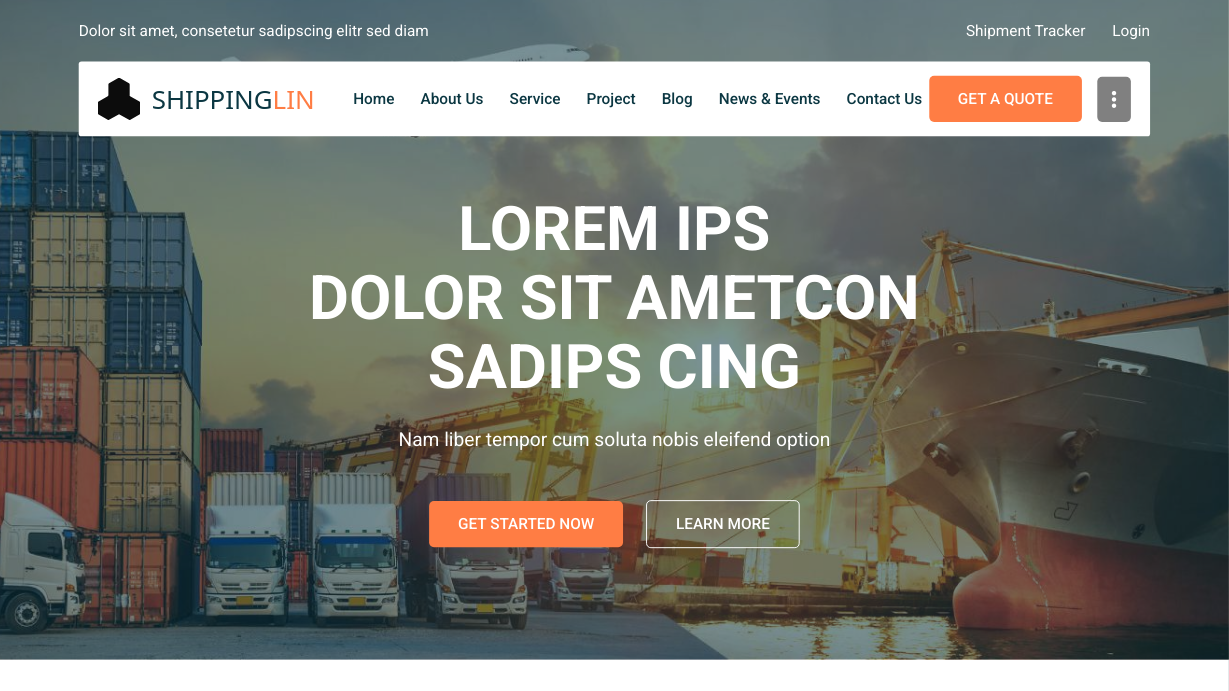
Repository: nazmulalok/shipping-template
Page: index.html
These files come from the project's save history. The page is drawn as it stood at one moment and after the next save; the edit follows.
The browser window is 1280 px wide. The pictures show the whole page, at 96% of full size.

Above is the page before, as saved 2022-10-03 16:56:08.

### index.html
<!DOCTYPE html>
<html lang="en">

    <head>
        <meta charset="UTF-8">
        <meta http-equiv="X-UA-Compatible" content="IE=edge">
        <meta name="viewport" content="width=device-width, initial-scale=1.0">
        <link rel="preconnect" href="https://fonts.googleapis.com">
        <link rel="preconnect" href="https://fonts.gstatic.com" crossorigin>
        <link
            href="https://fonts.googleapis.com/css2?family=Roboto:ital,wght@0,300;0,400;0,500;0,700;0,900;1,300;1,400;1,500;1,700;1,900&display=swap"
            rel="stylesheet">
        <link rel="stylesheet" href="https://cdnjs.cloudflare.com/ajax/libs/font-awesome/6.2.0/css/all.min.css"
            integrity="sha512-xh6O/CkQoPOWDdYTDqeRdPCVd1SpvCA9XXcUnZS2FmJNp1coAFzvtCN9BmamE+4aHK8yyUHUSCcJHgXloTyT2A=="
            crossorigin="anonymous" referrerpolicy="no-referrer" />
        <link href="https://cdn.jsdelivr.net/npm/bootstrap@5.2.1/dist/css/bootstrap.min.css" rel="stylesheet"
            integrity="sha384-iYQeCzEYFbKjA/T2uDLTpkwGzCiq6soy8tYaI1GyVh/UjpbCx/TYkiZhlZB6+fzT" crossorigin="anonymous">
        <link rel="stylesheet" href="style.css">
        <title>Document</title>
    </head>

    <body>
        <header class="header-top">
            <div class="container">
                <div class="top-bar">
                    <p class="m-0">Dolor sit amet, consetetur sadipscing elitr sed diam</p>
                    <div>
                        <span class="me-4">Shipment Tracker</span>
                        <span>Login</span>
                    </div>
                </div>
                <div class="header-area">
                    <div class="logo">
                        <img src="images/box.svg" alt="Logo Box" class="me-2">
                        <img src="images/shipping-logo.svg" alt="Shipping Logo">
                    </div>
                    <nav>
                        <ul>
                            <li><a href="#">Home</a></li>
                            <li><a href="#">About Us</a></li>
                            <li><a href="#">Service</a></li>
                            <li><a href="#">Project</a></li>
                            <li><a href="#">Blog</a></li>
                            <li><a href="#">News & Events</a></li>
                            <li><a href="#">Contact Us</a></li>
                        </ul>
                    </nav>
                    <div class="nav-btn">
                        <a class="common-btn me-3" href="#">Get A Quote</a>
                        <i class="fa-solid fa-ellipsis-vertical"></i>
                    </div>
                </div>
            </div>
        </header>
        <!-- Slider -->
        <section>
            <div class="main-slider">
                <div class="container">
                    <div class="slide-content">
                        <div class="slide-text">
                            <div class="slider-title mb-4">Lorem ips<br>
                                dolor sit ametcon<br>
                                sadips cing</div>
                            <p>Nam liber tempor cum soluta nobis eleifend option</p>
                            <div class="sliderBtn mt-5"><a class="common-btn me-4" href="#">Get Started Now</a><a
                                    class="common-btn outline-btn" href="#">Learn More</a></div>
                        </div>
                    </div>
                </div>
            </div>
        </section>














        <script src="https://cdn.jsdelivr.net/npm/@popperjs/core@2.11.6/dist/umd/popper.min.js"
            integrity="sha384-oBqDVmMz9ATKxIep9tiCxS/Z9fNfEXiDAYTujMAeBAsjFuCZSmKbSSUnQlmh/jp3"
            crossorigin="anonymous"></script>
        <script src="https://cdn.jsdelivr.net/npm/bootstrap@5.2.1/dist/js/bootstrap.min.js"
            integrity="sha384-7VPbUDkoPSGFnVtYi0QogXtr74QeVeeIs99Qfg5YCF+TidwNdjvaKZX19NZ/e6oz"
            crossorigin="anonymous"></script>
    </body>

</html>

### style.css
/* Common CSS Starts*/
* {
    margin: 0;
    padding: 0;
}

:root {
    --main-color: #FF7D44;
    --secondary-color: #0B3742;
    --tertiary-color: #FFFFFF;
}

body {
    font-family: 'Roboto', sans-serif;
}

* {
    box-sizing: border-box;
}

a.white-space {
    white-space: nowrap;
}

/* Common CSS Ends */

/* slider style starts */

.main-slider>* {
    z-index: 10;
}

.main-slider {
    background: url(images/shipping-banner.jpg);
    height: 700px;
    width: 100%;
    background-size: cover;
    background-repeat: no-repeat;
    background-position: center;
    position: relative;
    display: flex;
    align-items: center;
    transition: all 1s;
    margin-top: -155px;
    z-index: 50;
}

.main-slider:before {
    content: '';
    width: 100%;
    height: 100%;
    top: 0;
    left: 0;
    position: absolute;
    background-color: rgb(11 55 66 / 55%);
    z-index: 1;
}

.slide-content {
    text-align: center;
}

.slide-text {
    color: var(--tertiary-color);
    padding-top: 100px;
}

.slider-title {
    font-size: 4rem;
    font-weight: 600;
    line-height: 4.5rem;
    text-transform: uppercase;
}

.slide-text p {
    font-size: 20px;
}

a.common-btn {
    display: inline-block;
    text-decoration: none;
    color: var(--tertiary-color);
    background: var(--main-color);
    padding: 12px 30px;
    border-radius: 5px;
    font-size: 16px;
    font-weight: 500;
    text-transform: uppercase;
    transition: all 1s ease;
}

a.common-btn:hover {
    background: var(--tertiary-color);
    color: var(--secondary-color);
}

a.common-btn.outline-btn {
    background: transparent !important;
    border: 1px solid var(--tertiary-color);
}

a.common-btn.outline-btn:hover {
    background: var(--tertiary-color) !important;
}

/* Header style starts */

.header-top {
    z-index: 100;
    background: transparent;
    position: relative;
}

.top-bar,
.header-area {
    display: flex;
    justify-content: space-between;
    align-items: center;
    color: var(--tertiary-color);
}

.top-bar {
    padding: 20px 0px;
}

.header-area {
    background: var(--tertiary-color);
    padding: 15px 20px;
    border-radius: 3px;
}

nav ul {
    list-style-type: none;
    color: var(--secondary-color);
    display: flex;
    gap: 1.7rem;
    margin: 0;
}

nav ul a {
    color: var(--secondary-color);
    text-decoration: none;
    font-size: 16px;
    font-weight: 500;
    transition: all 0.5s;
}

nav ul a:hover {
    color: var(--main-color);
    transition: all 0.5s;
}

.nav-btn {
    align-items: center;
    display: flex;
}

.nav-btn i {
    color: var(--tertiary-color);
    font-size: 21px;
    background: gray;
    padding: 13px 15px;
    border-radius: 5px;
}

/* Headings Styles */

h1 {
    font-size: 56px;
}

h2 {
    font-size: 50px;
}

h3 {
    font-size: 44px;
}

h4 {
    font-size: 38px;
}

h5 {
    font-size: 32px;
}

h6 {
    font-size: 26px;
}

h1,
h2,
h3,
h4,
h5,
h6 {
    font-weight: 700;
    margin-bottom: 10px;
    color: var(--secondary-color);
}

/* Section Styles */

.py-50,
.common-sec {
    padding-top: 50px;
    padding-bottom: 50px;
}

.common-sec {
    position: relative;
    z-index: 0;
}

.common-sec:nth-child(even):before {
    content: "";
    position: absolute;
    width: 1000%;
    height: 100%;
    top: 50%;
    left: 50%;
    transform: translate(-50%, -50%);
    background-color: #f9f9f9;
    border-bottom: 1px solid #f6f6f6;
    z-index: -1;
}

/* Image box style */

.img-box {
    border-radius: 3px;
    transition: 0.5s;
    margin-bottom: 15px;
    text-align: center;
}

.img-box img {
    border-radius: 3px;
}

.img-box:last-child {
    margin-bottom: 0;
}

figure.img-box img+figcaption {
    margin-top: 10px;
    text-align: left;
    padding: 10px;
    border-radius: 3px;
    box-shadow: -5px 5px 20px 0 rgb(0 0 0 / 5%);
}

/* Common Box Styles */

.common-box {
    box-shadow: -5px 5px 20px 0 rgb(0 0 0 / 5%);
    height: 100%;
    background-color: #fff;
    border-radius: 3px;
}

.common-box>.img-box {
    margin-bottom: 0;
}

.common-box .common-heading:last-child,
.common-box p:last-child,
.common-box ul:last-child,
.common-box ul:last-child li:last-child,
.common-box .img-box:last-child {
    margin-bottom: 0;
}

.common-box>.content {
    padding: 10px;
}

After the next save:
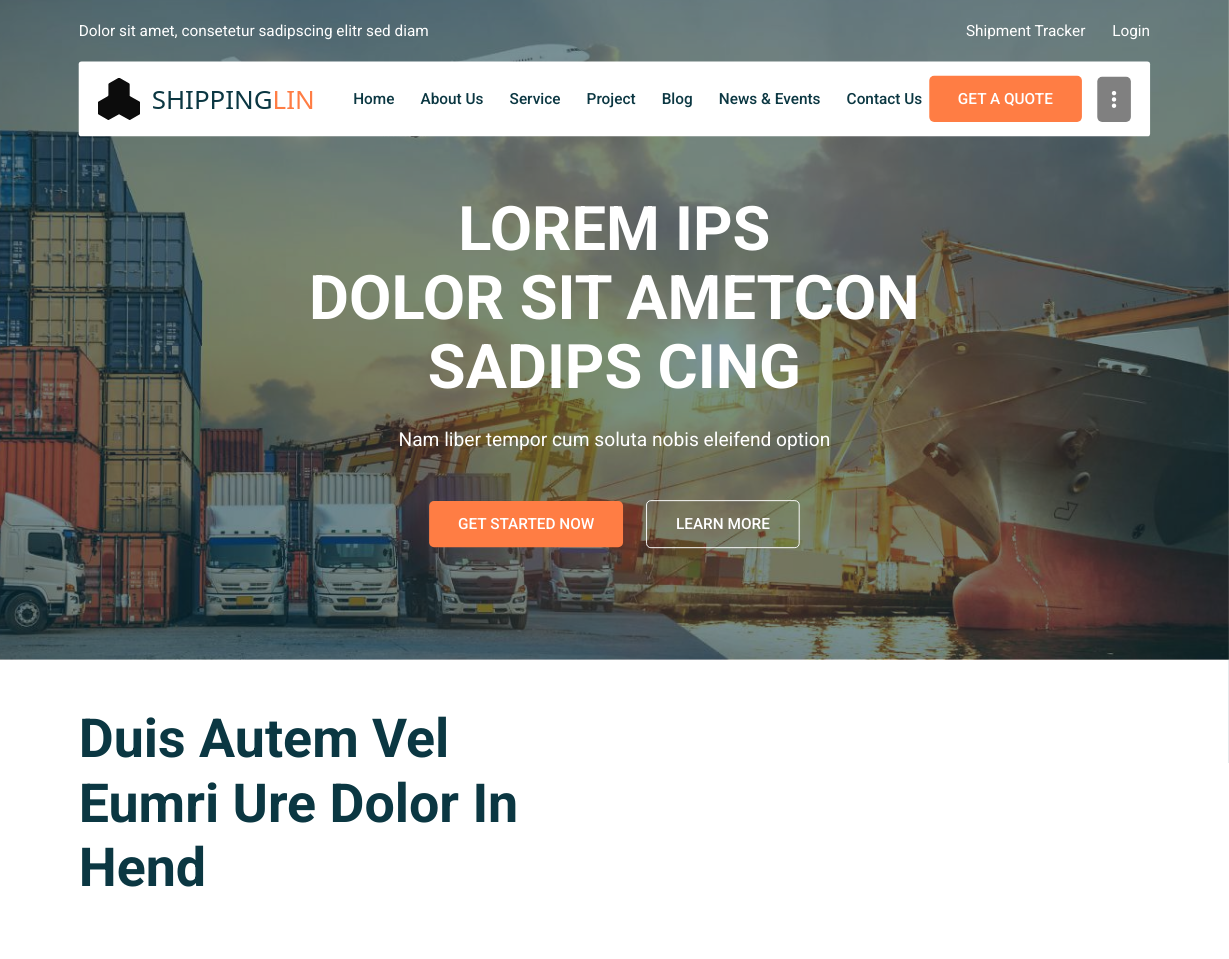
Saved 2 min 13 s later.
--- a/index.html
+++ b/index.html
@@ -69,6 +69,18 @@
                 </div>
             </div>
         </section>
+        <!-- Slider Ends -->
+        <div class="common-sec">
+            <div class="container">
+                <div class="row align-items-center">
+                    <div class="col-lg-6">
+                        <h1>Duis Autem Vel Eumri
+                            Ure Dolor In Hend</h1>
+                    </div>
+                    <div class="col-lg-6"></div>
+                </div>
+            </div>
+        </div>
 
 
 
